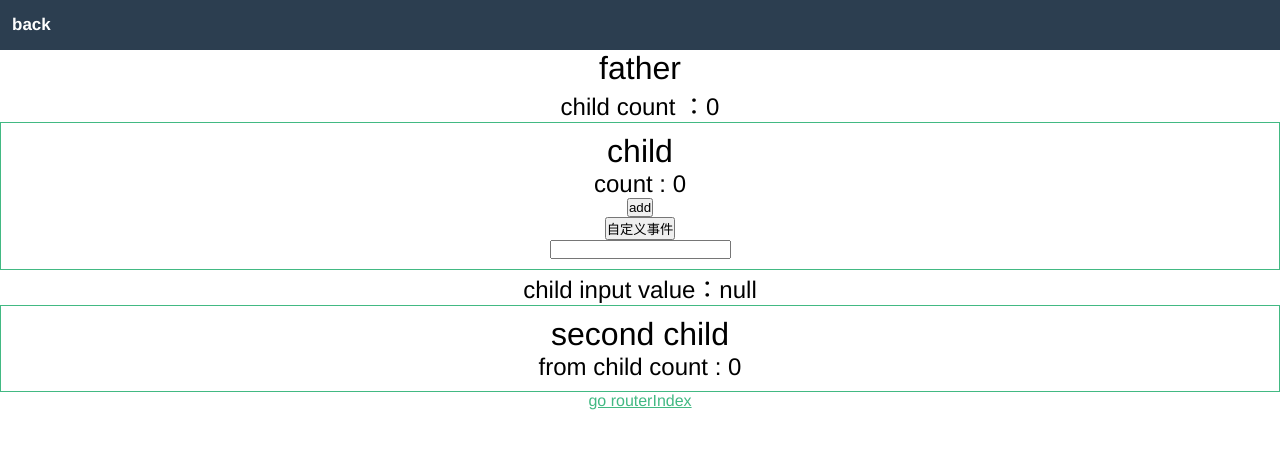
Repository: NotTooTwo/vueRouter
Page: /
An editor plug-in stored every save of this project. The page is shown before and after the next save, followed by the edit.
The browser window is 1280 px wide. The pictures show the whole page.
The project was rebuilt for these pictures with package versions that can differ from the ones it lists, and the page was loaded fresh each time. Also part of the build but not shown: src/components/routerTest/routerIndex.vue.

Above is the page before, as saved 2018-03-13 15:22:06.

After the next save:
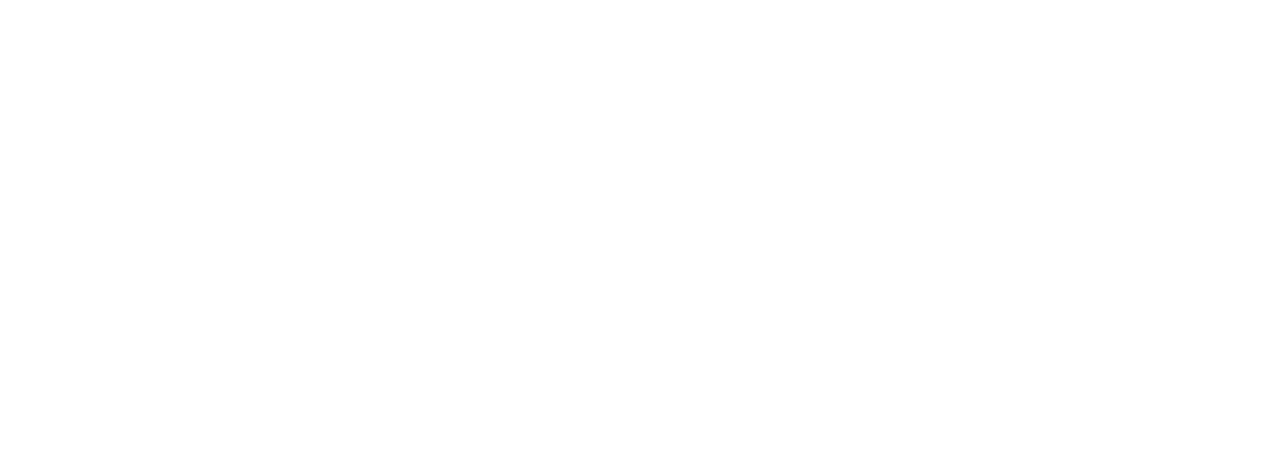
Saved 40 s later.
--- a/src/App.vue
+++ b/src/App.vue
@@ -1,6 +1,6 @@
 <template>
   <div id="app">
-    <div class="back"><span v-if='1'>back</span></div>
+    <div class="back"><span v-if='window.history.length'>back</span></div>
     <router-view/>
   </div>
 </template>

After the 2 saves that followed:
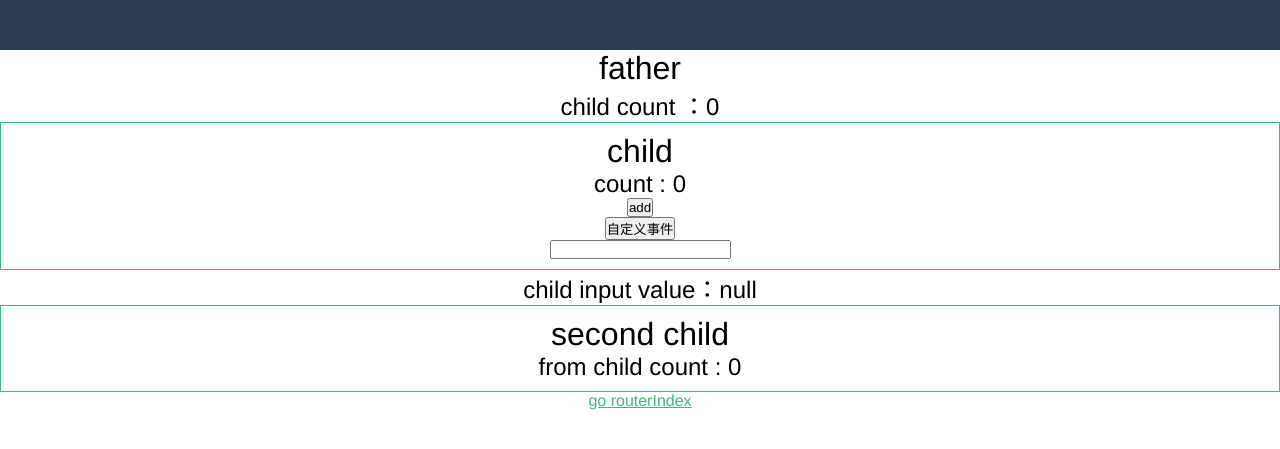
The 2 saves are shown as one change because 1 left the picture as it was.
The last was saved 40 s later.
--- a/src/App.vue
+++ b/src/App.vue
@@ -1,6 +1,6 @@
 <template>
   <div id="app">
-    <div class="back"><span v-if='window.history.length'>back</span></div>
+    <div class="back"><span v-if='$router.length'>back</span></div>
     <router-view/>
   </div>
 </template>
